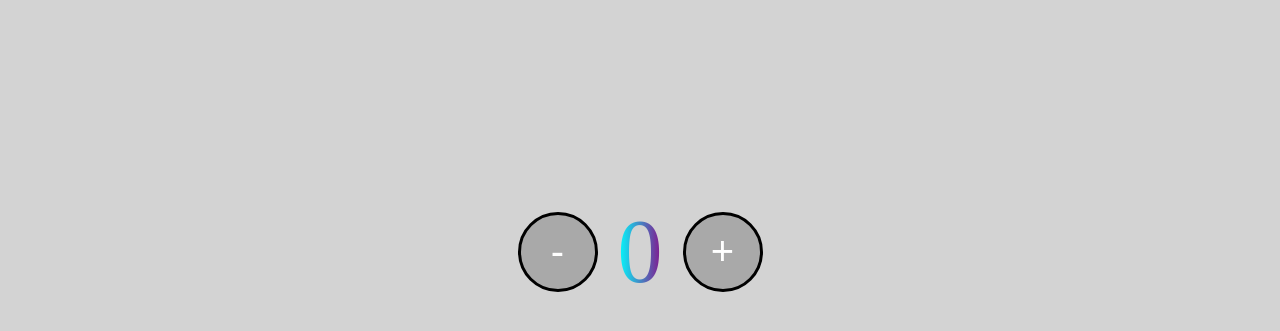
Repository: zRush1202/LoginPage-demo
Page: dom/exercise/counter.html
These files come from the project's save history. The page is drawn as it stood at one moment and after the next save; the edit follows.
The browser window is 1280 px wide. The pictures show the whole page.

Above is the page before, as saved 2023-09-16 21:37:50.

After the next save:
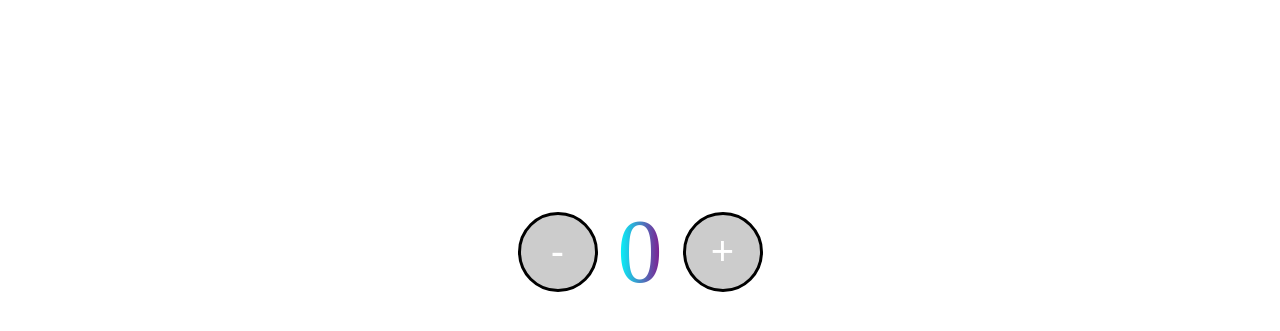
Saved 8 s later.
--- a/dom/exercise/counter.css
+++ b/dom/exercise/counter.css
@@ -1,7 +1,7 @@
 * {
     margin: 0;
     padding: 0;
-    background-color: lightgray;
+    background-color: lightgrays;
 }
 
 .box {

After the save that followed:
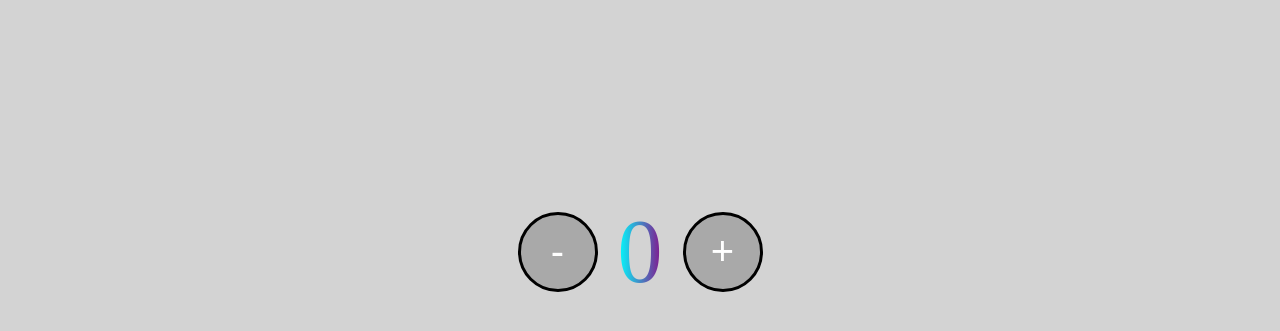
Saved 8 s later.
--- a/dom/exercise/counter.css
+++ b/dom/exercise/counter.css
@@ -1,7 +1,7 @@
 * {
     margin: 0;
     padding: 0;
-    background-color: lightgrays;
+    background-color: lightgray;
 }
 
 .box {
